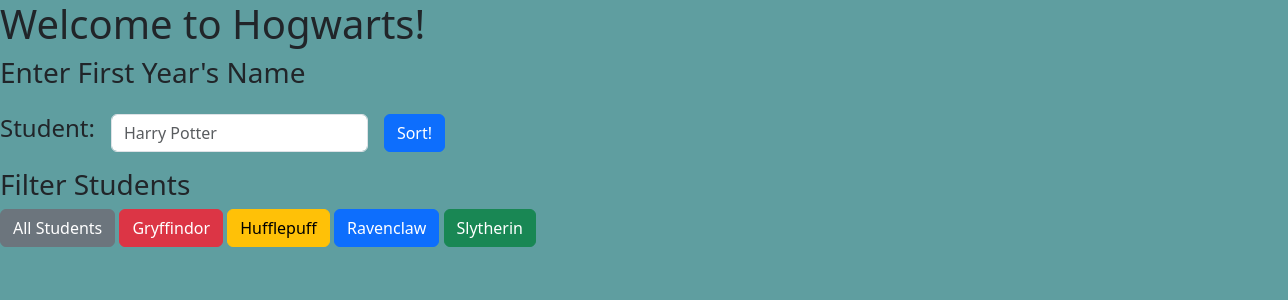
Repository: noahcallen/INDIVIDUAL-PROJECT-sorting-hat
Page: index.html
The author's editor kept a copy of each file at every save. The page is drawn from the files as they stood at one save, then again after the next save.
The browser window is 1280 px wide. The page is 1288 px wide, so the pictures cover 1288 px, including what lies to the right of the window. The pictures show the whole page.

Above is the page before, as saved 2024-07-27 11:19:59.

After the next save:
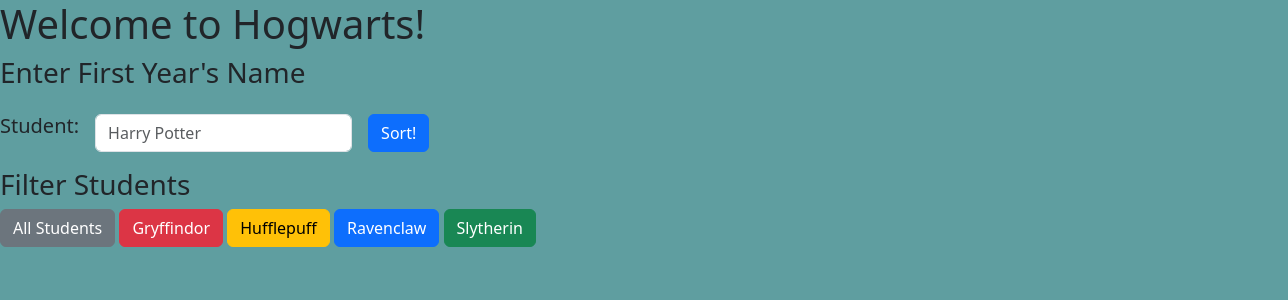
Saved 9 s later.
--- a/index.html
+++ b/index.html
@@ -13,7 +13,7 @@
     <form class="row g-3">
       <h3 id="enter-name">Enter First Year's Name</h3>
       <div class="col-auto">
-        <h4 id="student-form-prompt">Student:</h4>
+        <h5 id="student-form-prompt">Student:</h5>
       </div>
       <div class="col-auto">
         <label for="student-input" class="visually-hidden">Student Name</label>
